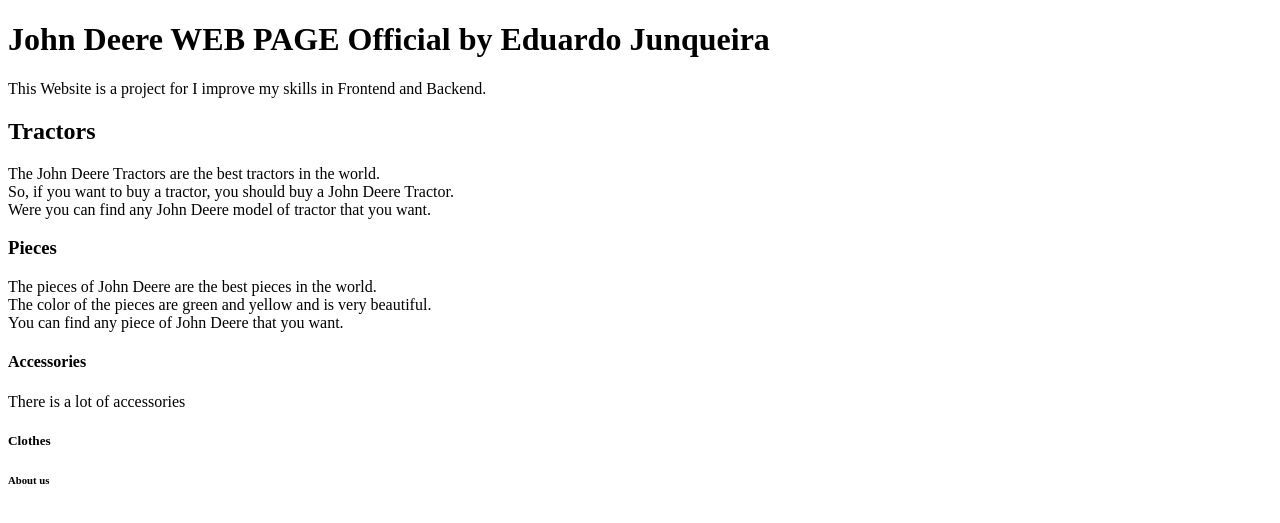
Repository: EduardoJunqueira2004/WEBJohnDeere
Page: index.html
An editor plug-in stored every save of this project. The page is shown before and after the next save, followed by the edit.
The browser window is 1280 px wide. The pictures show the whole page.

Above is the page before, as saved 2024-12-05 11:01:39.

After the next save:
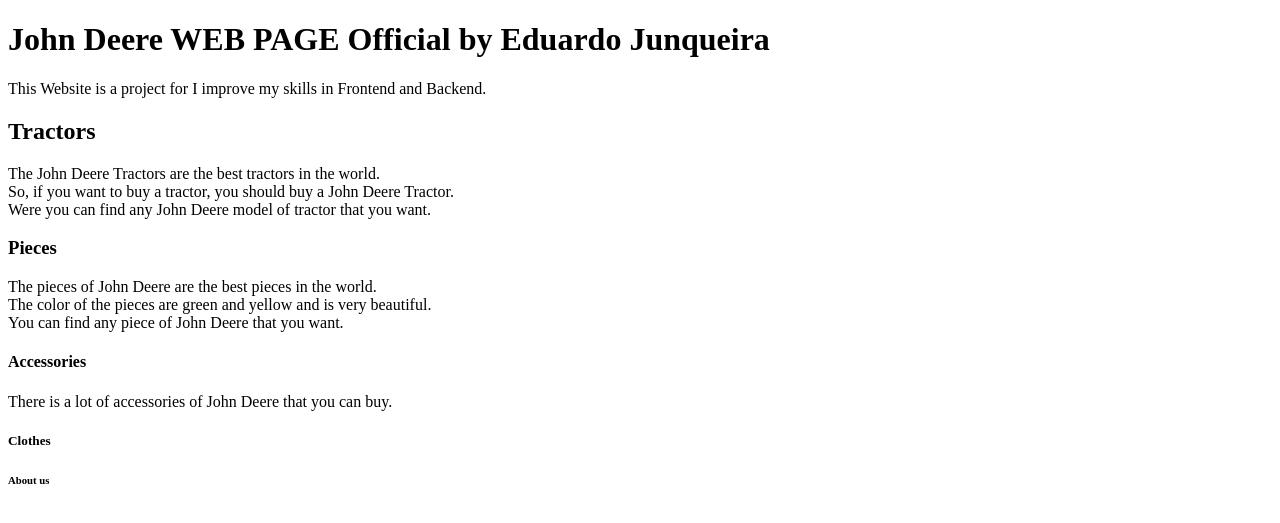
Saved 4 s later.
--- a/index.html
+++ b/index.html
@@ -28,7 +28,8 @@
     <!--heder4-->
     <h4>Accessories</h4>
     <p>
-        There is a lot of accessories
+        There is a lot of accessories of John Deere that you can buy.<br>
+
     </p>
     <!--heder5-->
     <h5>Clothes</h5>
